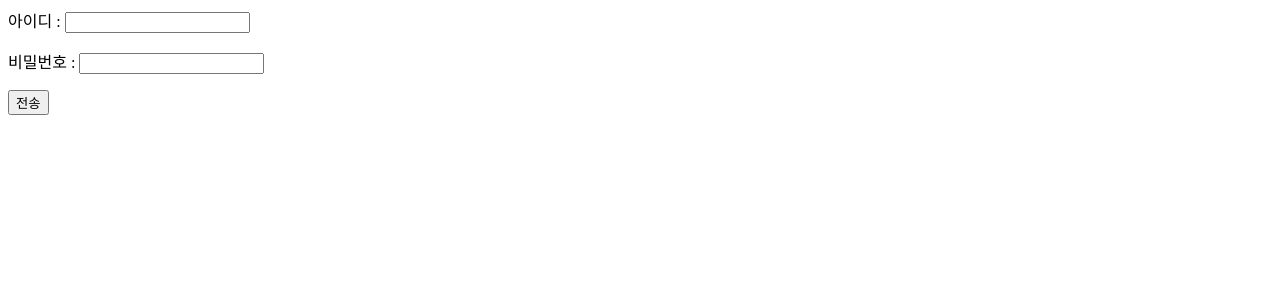
Repository: pojh5090/JspProgramming
Page: http://localhost/JSPBook/ch05/response03.jsp
An editor plug-in stored every save of this project. The page is shown before and after the next save, followed by the edit.
The browser window is 1280 px wide. The pictures show the whole page.
The page is served by Tomcat 9.

Above is the page before, as saved 2020-04-09 04:50:45.

After the next save:
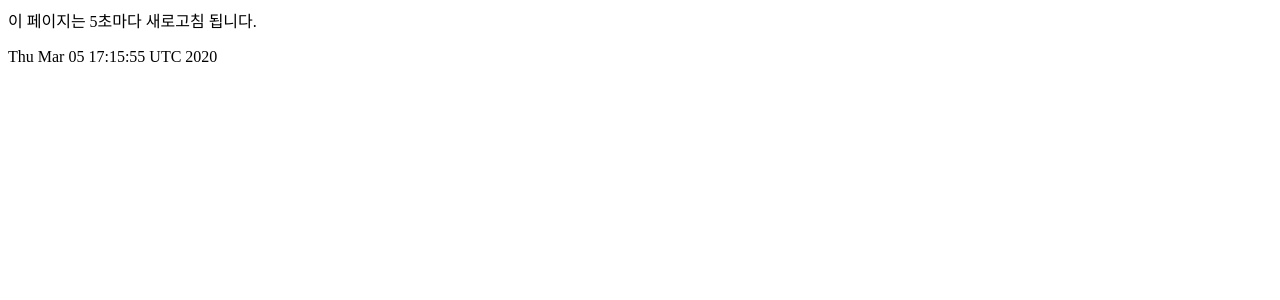
Saved 2 days later.
--- a/JSPBook/WebContent/ch05/response03.jsp
+++ b/JSPBook/WebContent/ch05/response03.jsp
@@ -7,10 +7,10 @@
 <title>Implicit Objects</title>
 </head>
 <body>
-	<form action="response01_process.jsp" method="post">
-		<p>아이디 : <input type="text" name="id">
-		<p>비밀번호 : <input type="text" name="passwd">
-		<p> <input type="submit" value="전송" />
-	</form>
+	<p> 이 페이지는 5초마다 새로고침 됩니다.
+		<%
+			response.setIntHeader("Refresh", 5);
+		%>
+	<p><%=(new java.util.Date()) %>
 </body>
 </html>
